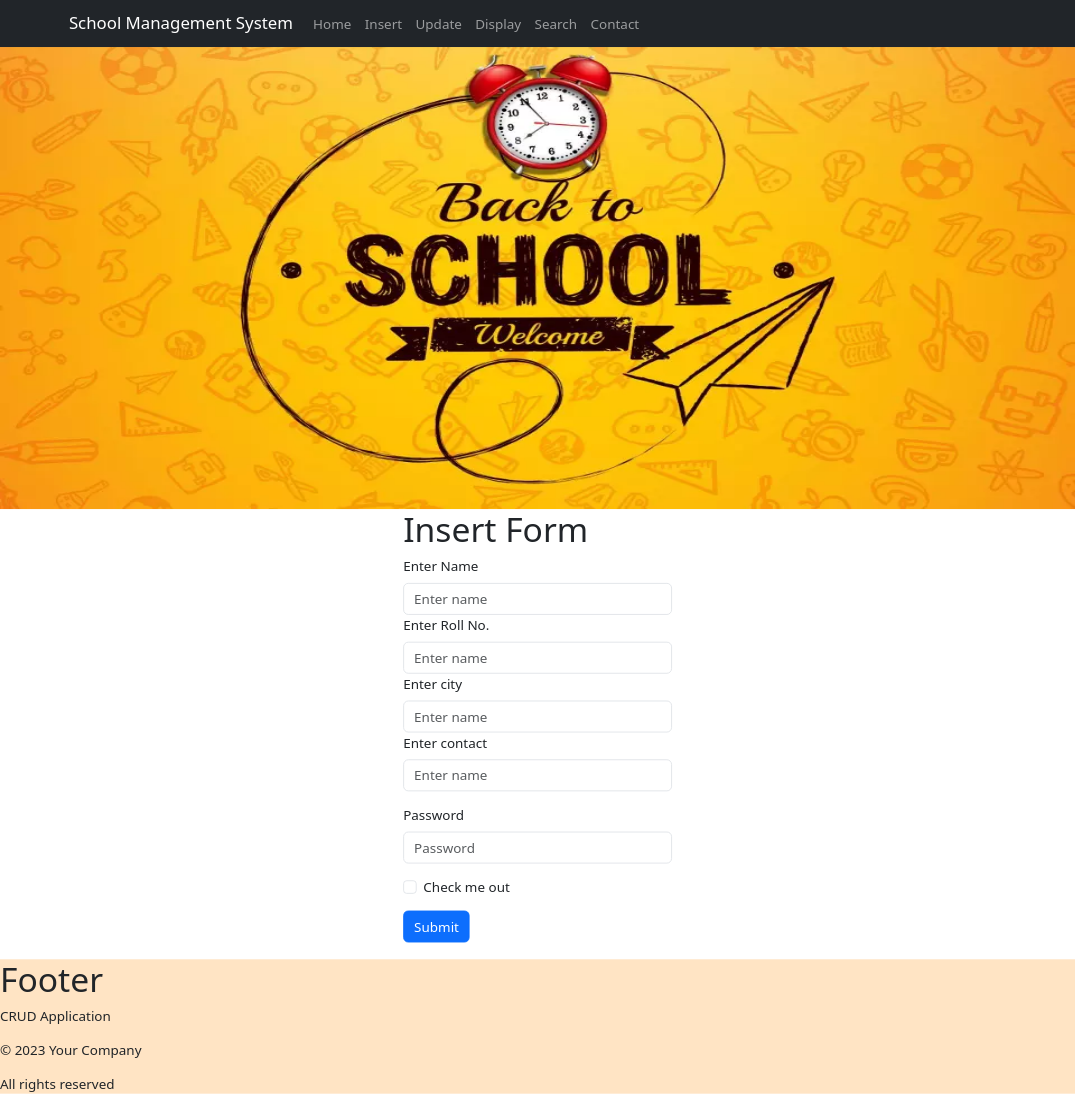
Repository: ankitgujre01/React-day-12
Page: /insert (app in crud/)
An editor plug-in stored every save of this project. The page is shown before and after the next save, followed by the edit.
The browser window is 1280 px wide. The pictures show the whole page, at 84% of full size.
The project was rebuilt for these pictures with package versions that can differ from the ones it lists, and the page was loaded fresh each time. Also part of the build but not shown: crud/vite.config.js, crud/src/pages/Home.jsx, crud/src/pages/Display.jsx, crud/src/pages/Search.jsx, crud/src/pages/Contact.jsx. Imported but missing from the stored project, and not drawn on this page: crud/src/pages/Update.

Above is the page before, as saved 2025-04-12 09:32:24.

After the next save:
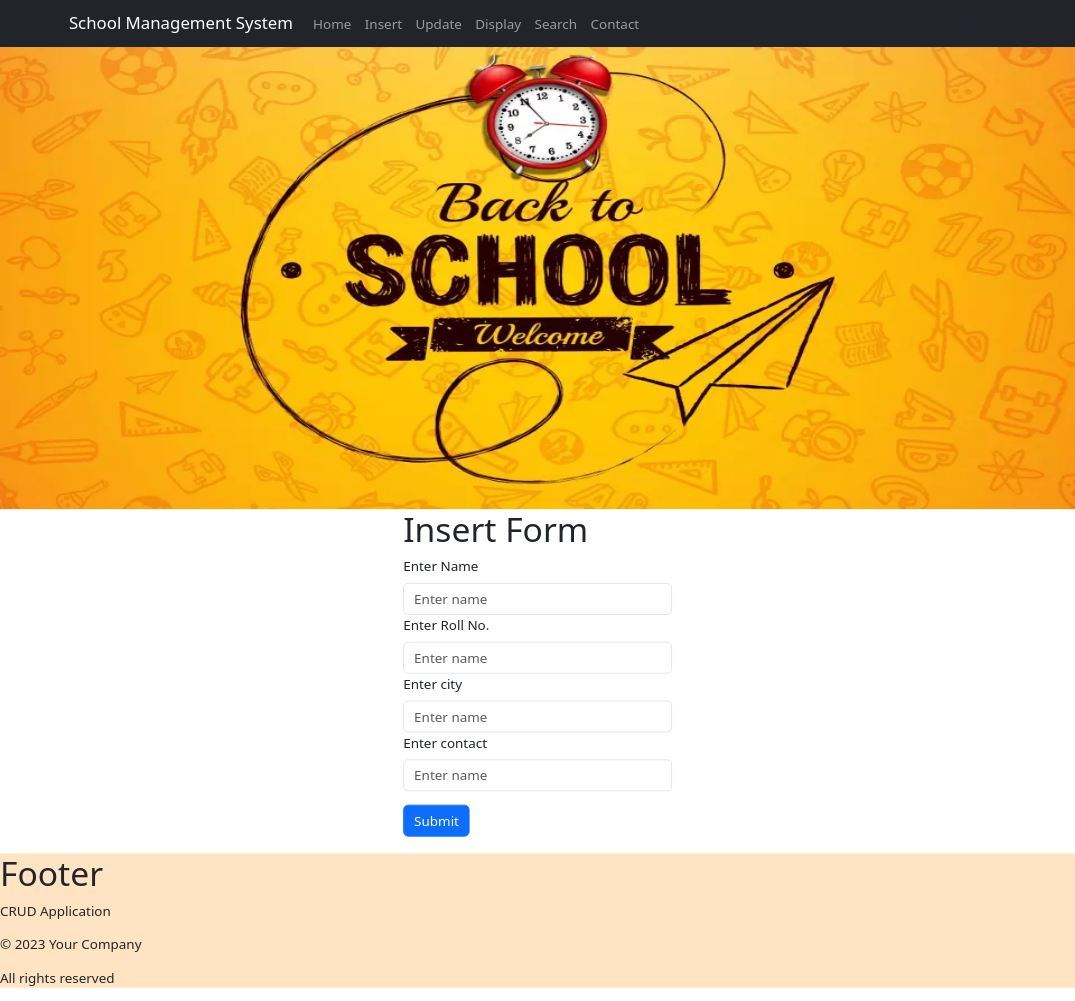
Saved 27 s later.
--- a/crud/src/pages/Insert.jsx
+++ b/crud/src/pages/Insert.jsx
@@ -19,14 +19,6 @@
         <Form.Control type="text" placeholder="Enter name" />
 
       </Form.Group>
-
-      <Form.Group className="mb-3" controlId="formBasicPassword">
-        <Form.Label>Password</Form.Label>
-        <Form.Control type="password" placeholder="Password" />
-      </Form.Group>
-      <Form.Group className="mb-3" controlId="formBasicCheckbox">
-        <Form.Check type="checkbox" label="Check me out" />
-      </Form.Group>
       <Button variant="primary" type="submit">
         Submit
       </Button>
